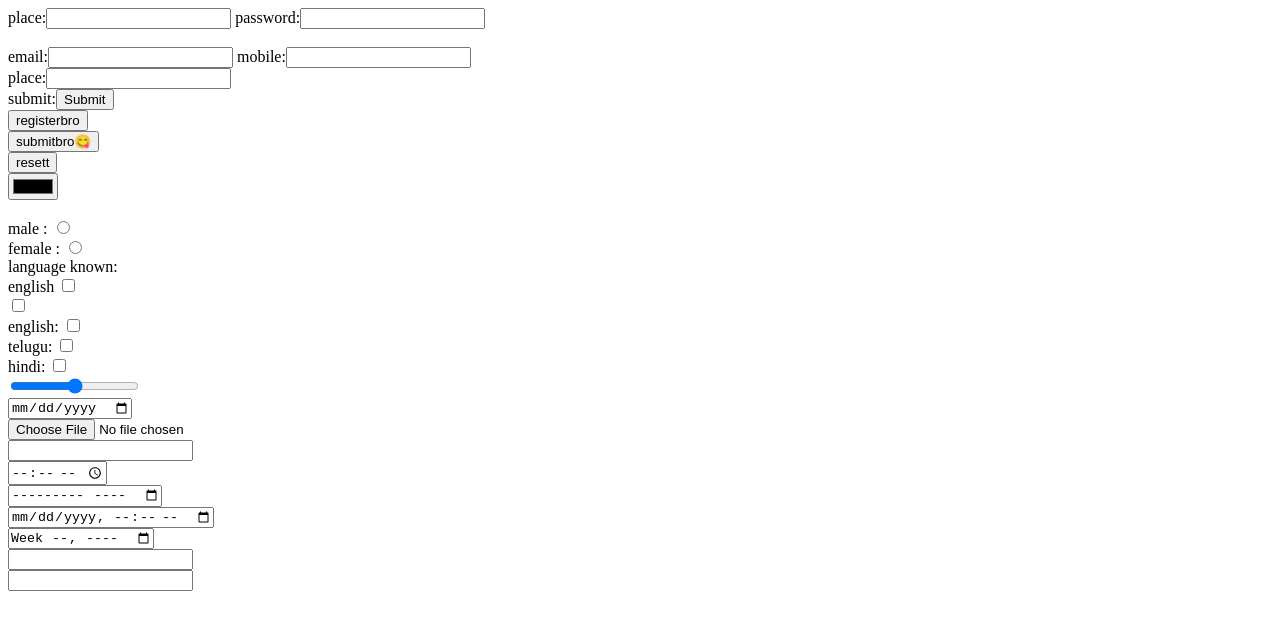
Repository: viveknaidu007/repo-113-HTML
Page: 9.html
These files come from the project's save history. The page is drawn as it stood at one moment and after the next save; the edit follows.
The browser window is 1280 px wide. The pictures show the whole page.

Above is the page before, as saved 2024-06-15 21:37:04.

After the next save:
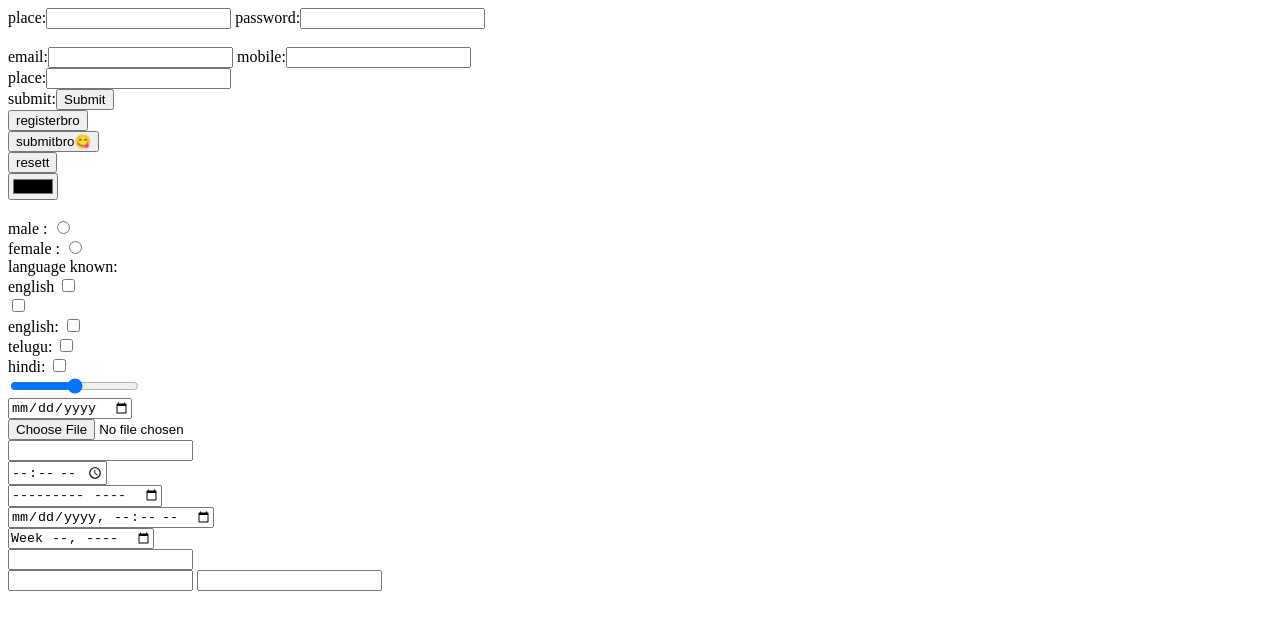
Saved 84 s later.
--- a/9.html
+++ b/9.html
@@ -36,7 +36,8 @@
             <input type="week"> <br>
             <input type="url"> <br>
 
-            <input type="text" name="place" minlength="3" maxlength="10"
+            <input type="text" name="place" minlength="3" maxlength="10">
+            <input type="text" name="password" minlength="3" maxlength="10">
         </form>
     </body>
 </html>
